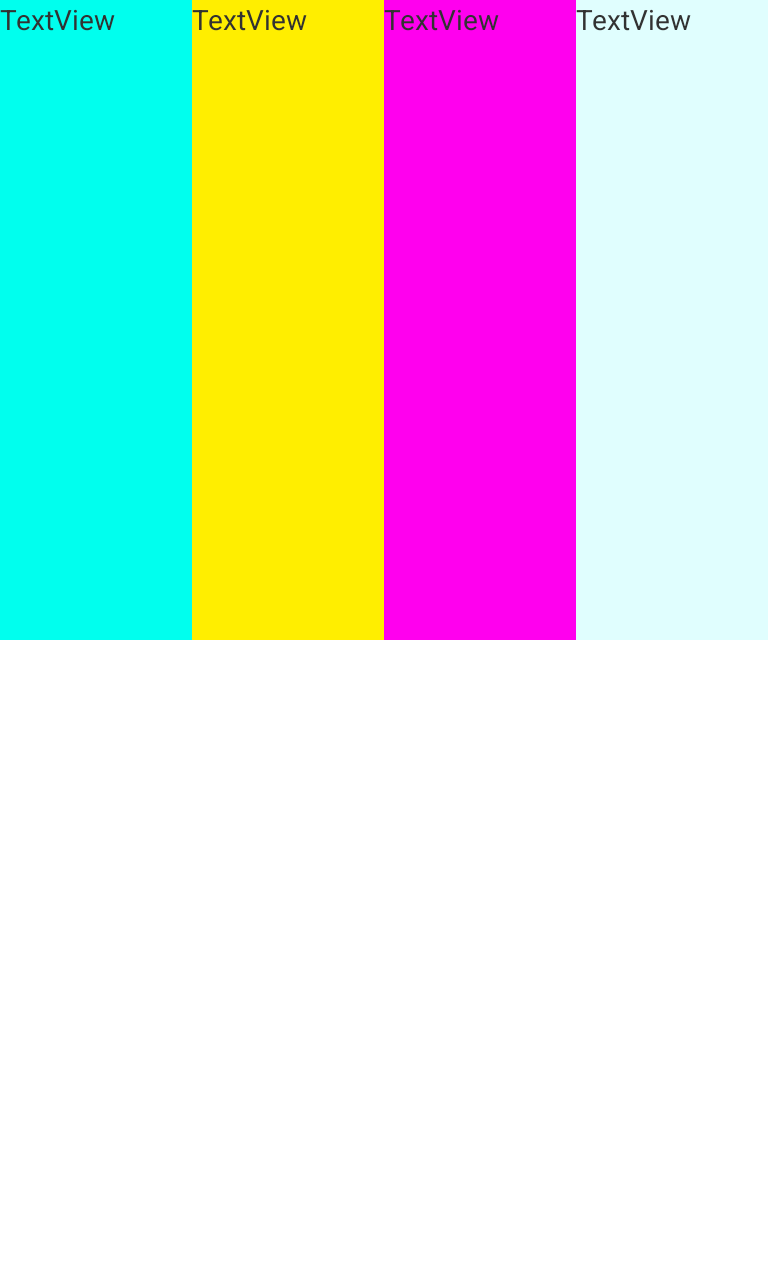
Repository: IvyZh/hm66
Layout: 黑马项目/res/layout/activity_framelayout.xml
The author's editor kept a copy of each file at every save. The layout is drawn from the files as they stood at one save, then again after the next save.
It is drawn on a 768 x 1280 px phone screen (xhdpi) without system bars, with theme AppTheme; the app's code is not run.

Above is the layout before, as saved 2016-05-16 10:29:06.

After the next save:
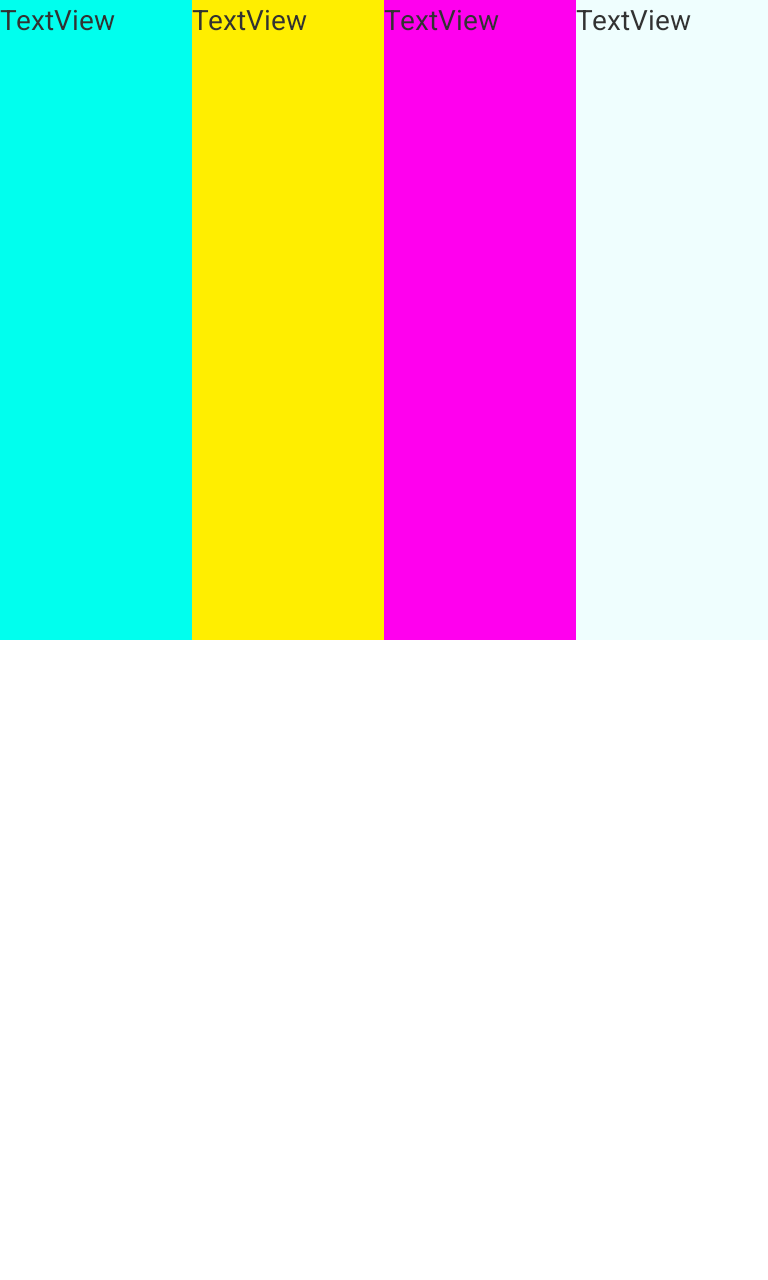
Saved 16 s later.
--- a/黑马项目/res/layout/activity_framelayout.xml
+++ b/黑马项目/res/layout/activity_framelayout.xml
@@ -32,7 +32,7 @@
             android:layout_width="0dp"
             android:layout_height="match_parent"
             android:layout_weight="1"
-            android:background="#e0fefe"
+            android:background="#effefe"
             android:text="TextView" />
     </LinearLayout>
 
